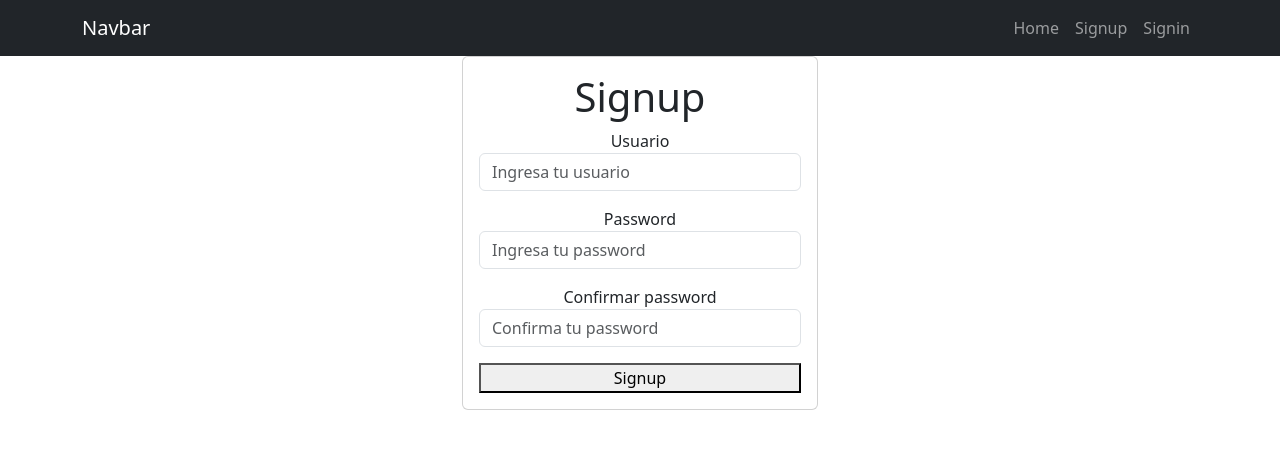
Repository: dbettancourt/django-auth-crud
Page: http://localhost/signup/
An editor plug-in stored every save of this project. The page is shown before and after the next save, followed by the edit.
The browser window is 1280 px wide. The pictures show the whole page.
The page is served by the project's application, run on Django 4.2 (manage.py).

Above is the page before, as saved 2023-06-06 10:55:10.

After the next save:
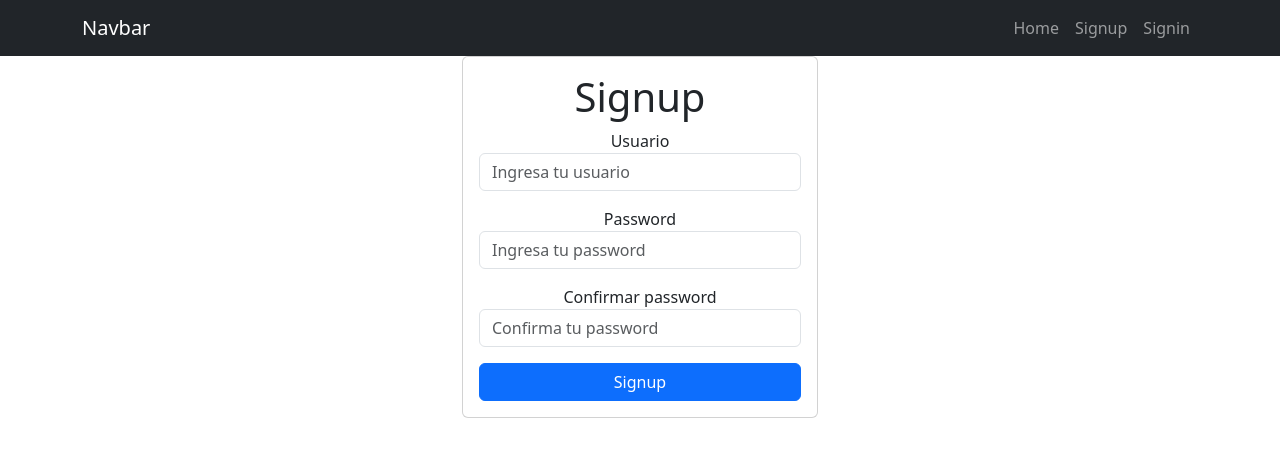
Saved 53 s later.
--- a/tasks/templates/signup.html
+++ b/tasks/templates/signup.html
@@ -27,7 +27,7 @@
                     <input type="password" name="password2" id="password2" class="form-control" placeholder="Confirma tu password">
                 </div>
 
-                <button>
+                <button class="btn btn-primary">
                     Signup
                 </button>
             </forrm>
